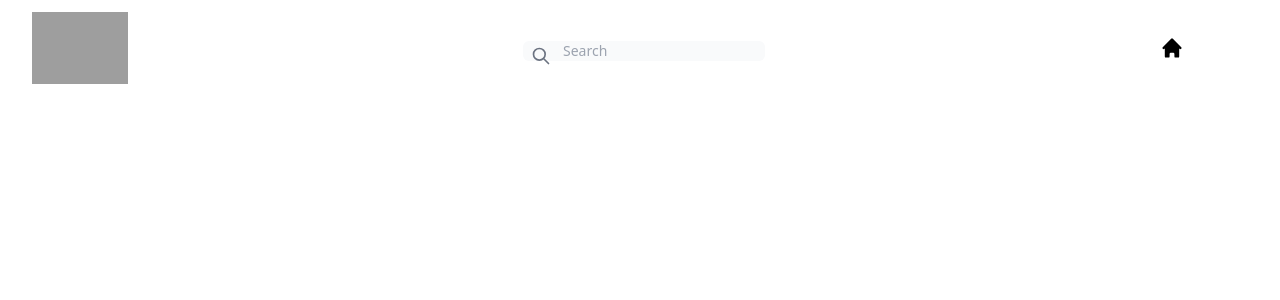
Repository: Mardoqueu/insta-v1
Page: /
An editor plug-in stored every save of this project. The page is shown before and after the next save, followed by the edit.
The browser window is 1280 px wide. The pictures show the whole page.
Pictures or frames that could not be fetched are drawn as grey boxes. The project was rebuilt for these pictures with package versions that can differ from the ones it lists, and the page was loaded fresh each time. The framework's server and built-in components were replaced by stand-ins that run in the browser. Also part of the build but not shown: next.config.js.

Above is the page before, as saved 2022-08-25 10:34:12.

After the next save:
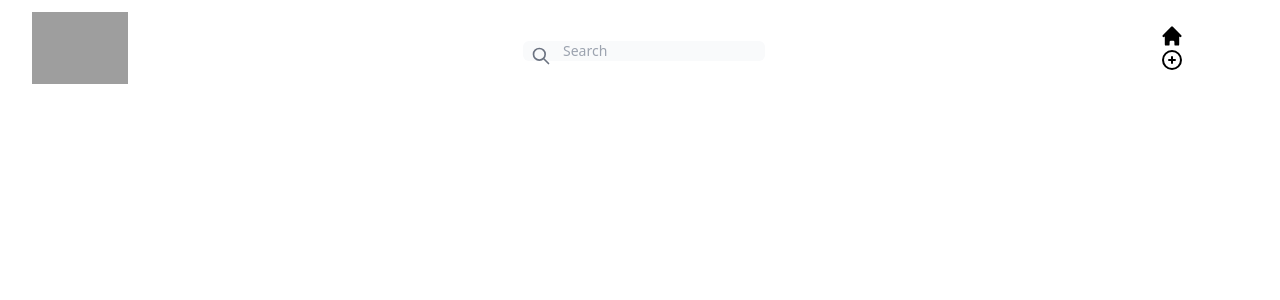
Saved 57 s later.
--- a/pages/components/Header.js
+++ b/pages/components/Header.js
@@ -33,6 +33,8 @@
 
     <div className="">
       <HomeIcon className="h-6 cursor-pointer hover:scale-125 transition-transform duration-200 ease-out"/>
+      <PlusCircleIcon className="h-6 cursor-pointer hover:scale-125 transition-transform duration-200 ease-out"/>
+
     </div>
     </div>
   );
